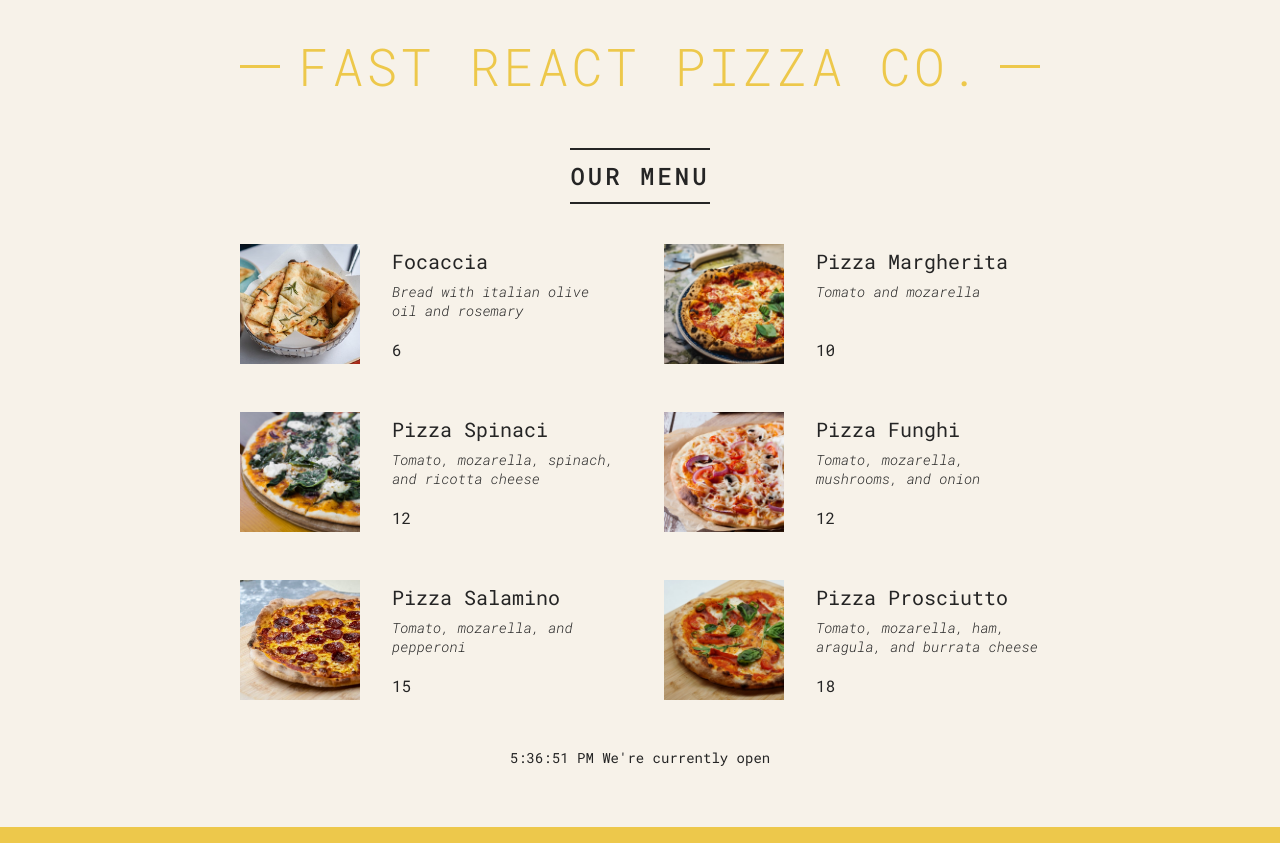
Repository: ahmedharidy/First-React-App
Page: /
These files come from the project's save history. The page is drawn as it stood at one moment and after the next save; the edit follows.
The browser window is 1280 px wide. The pictures show the whole page.
The project was rebuilt for these pictures with package versions that can differ from the ones it lists, and the page was loaded fresh each time.

Above is the page before, as saved 2026-09-23 00:07:55.

### src/index.js
import React from "react";
import ReactDOM from "react-dom/client";
import "./index.css";

const pizzaData = [
  {
    name: "Focaccia",
    ingredients: "Bread with italian olive oil and rosemary",
    price: 6,
    photoName: "pizzas/focaccia.jpg",
    soldOut: false,
  },
  {
    name: "Pizza Margherita",
    ingredients: "Tomato and mozarella",
    price: 10,
    photoName: "pizzas/margherita.jpg",
    soldOut: false,
  },
  {
    name: "Pizza Spinaci",
    ingredients: "Tomato, mozarella, spinach, and ricotta cheese",
    price: 12,
    photoName: "pizzas/spinaci.jpg",
    soldOut: false,
  },
  {
    name: "Pizza Funghi",
    ingredients: "Tomato, mozarella, mushrooms, and onion",
    price: 12,
    photoName: "pizzas/funghi.jpg",
    soldOut: false,
  },
  {
    name: "Pizza Salamino",
    ingredients: "Tomato, mozarella, and pepperoni",
    price: 15,
    photoName: "pizzas/salamino.jpg",
    soldOut: true,
  },
  {
    name: "Pizza Prosciutto",
    ingredients: "Tomato, mozarella, ham, aragula, and burrata cheese",
    price: 18,
    photoName: "pizzas/prosciutto.jpg",
    soldOut: false,
  },
];
function App() {
  return (
    <div className="container">
      <Header />
      <Menu />
      <Footer />
    </div>
  );
}

function Header() {
  //   const style = { color: "red", fontSize: "48px", textTransform: "uppercase" };
  const style = {};
  return (
    <header className="header">
      <h1 style={style}>Fast react pizza co.</h1>
    </header>
  );
}
function Menu() {
  return (
    <main className="menu">
      <h2>Our menu</h2>

      <ul className="pizzas">
        {pizzaData.map((pizza) => (
          <Pizza pizzaObj={pizza} key={pizza.name} />
        ))}
      </ul>
      {/* <Pizza
        name="pizza spinaci"
        ingredient="Bread with italian olive oil and rosemary"
        photoName="pizzas/spinaci.jpg"
        price={10}
      />

      <Pizza
        name="pizza funghi"
        ingredient="Bread with tomato and mushrooms"
        photoName="pizzas/funghi.jpg"
        price={50}
      /> */}
    </main>
  );
}

function Pizza(props) {
  return (
    <li className="pizza">
      <img src={props.pizzaObj.photoName} alt={props.pizzaObj.name}></img>
      <div>
        <h3>{props.pizzaObj.name}</h3>
        <p>{props.pizzaObj.ingredients}</p>
        <span>{props.pizzaObj.price}</span>
      </div>
    </li>
  );
}

function Footer() {
  const hour = new Date().getHours();
  const openHour = 12;
  const closeHour = 22;
  const isOpen = hour >= openHour && hour <= closeHour;

  //   if (hour >= openHour && hour <= closeHour) alert("were currently open!");
  //   else alert("sorry were closed");

  return (
    <footer className="footer">
      {new Date().toLocaleTimeString()} We're currently open
    </footer>
  );
  //   return React.createElement("footer", null, "we're currently open");
}

const root = ReactDOM.createRoot(document.getElementById("root"));

root.render(<App />);

Loaded but not shown: public/index.html (common file); src/index.css (common file)

After the next save:
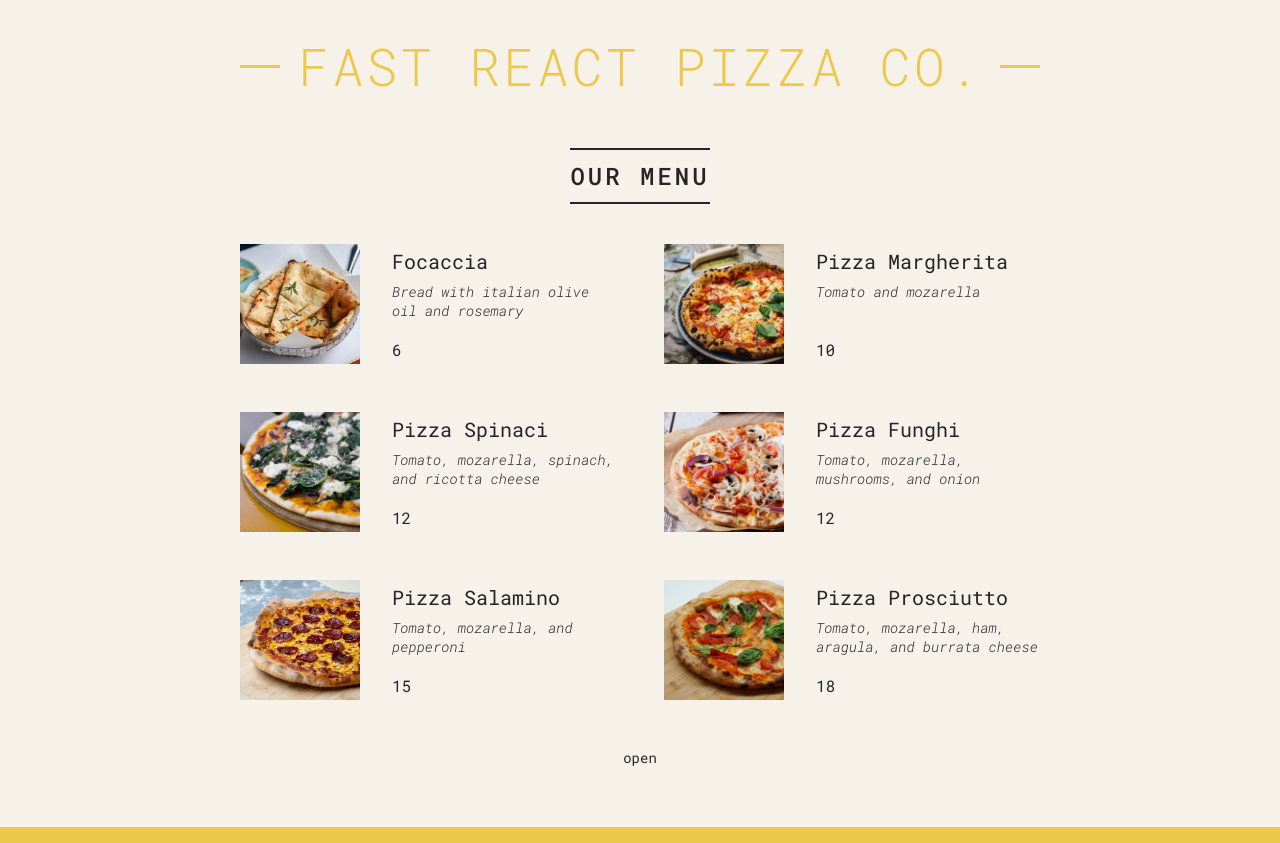
Saved 60 min 50 s later.
--- a/src/index.js
+++ b/src/index.js
@@ -114,11 +114,7 @@ function Footer() {
   //   if (hour >= openHour && hour <= closeHour) alert("were currently open!");
   //   else alert("sorry were closed");
 
-  return (
-    <footer className="footer">
-      {new Date().toLocaleTimeString()} We're currently open
-    </footer>
-  );
+  return <footer className="footer">{isOpen && <p>open</p>}</footer>;
   //   return React.createElement("footer", null, "we're currently open");
 }
 
